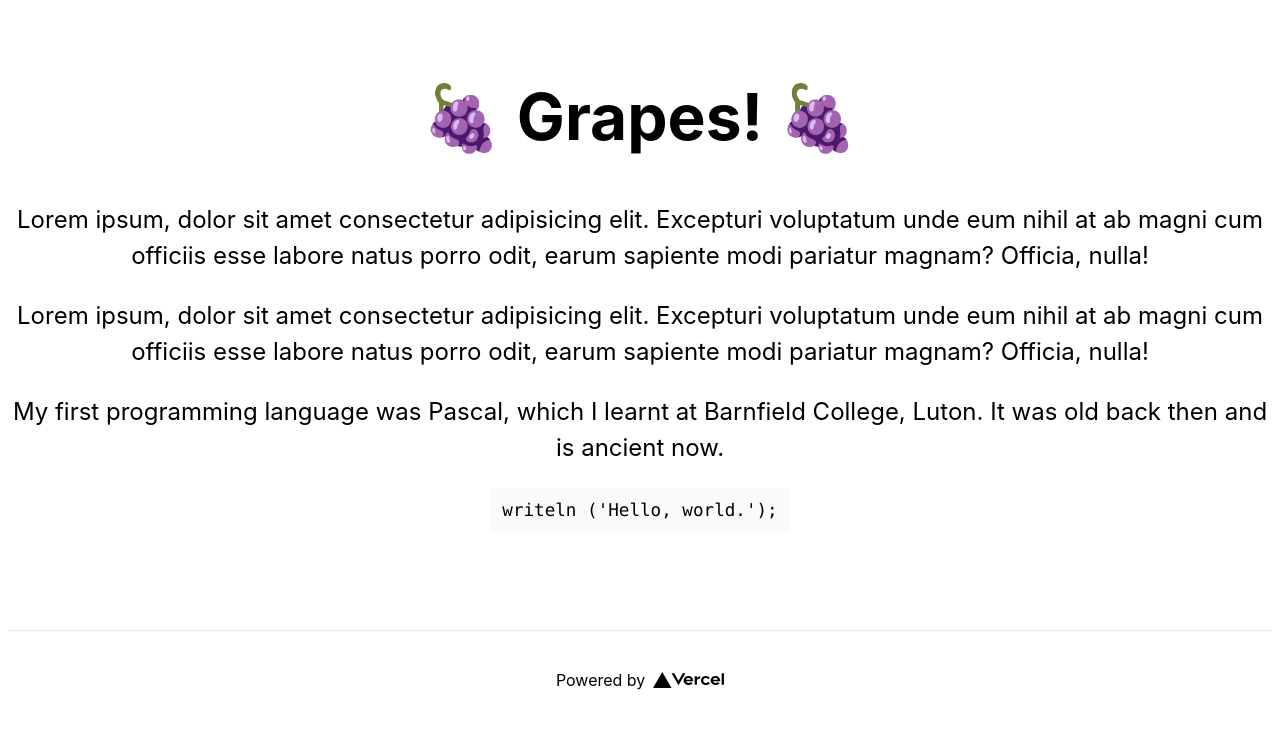
Repository: technogize/next-test-site
Page: /
These files come from the project's save history. The page is drawn as it stood at one moment and after the next save; the edit follows.
The browser window is 1280 px wide. The pictures show the whole page.
The project was rebuilt for these pictures with package versions that can differ from the ones it lists, and the page was loaded fresh each time. The framework's server and built-in components were replaced by stand-ins that run in the browser.

Above is the page before, as saved 2021-10-02 08:47:31.

### pages/index.js
import Head from 'next/head'
import styles from '../styles/Home.module.css'

export default function Home() {
  return (
    <div className={styles.container}>
      <Head>
        <title>Home 🍇 Mo's Next Site</title>
        <link rel="icon" href="/favicon.ico" />
      </Head>

      <main className={styles.main}>
        <h1 className={styles.title}>
          🍇 Grapes! 🍇
        </h1>

        <p className={styles.description}>
          <p>Lorem ipsum, dolor sit amet consectetur adipisicing elit. Excepturi voluptatum unde eum nihil at ab magni cum officiis esse labore natus porro odit, earum sapiente modi pariatur magnam? Officia, nulla!</p>
          <p>Lorem ipsum, dolor sit amet consectetur adipisicing elit. Excepturi voluptatum unde eum nihil at ab magni cum officiis esse labore natus porro odit, earum sapiente modi pariatur magnam? Officia, nulla!</p>
          <p>My first programming language was Pascal, which I learnt at Barnfield College, Luton. It was old back then and is ancient now.</p>
          <code className={styles.code}>
            writeln ('Hello, world.');
          </code>
        </p>

      </main>

      <footer className={styles.footer}>
        <a
          href="https://vercel.com?utm_source=create-next-app&utm_medium=default-template&utm_campaign=create-next-app"
          target="_blank"
          rel="noopener noreferrer"
        >
          Powered by{' '}
          <img src="/vercel.svg" alt="Vercel Logo" className={styles.logo} />
        </a>
      </footer>
    </div>
  )
}

Loaded but not shown: pages/_app.js (common file); styles/globals.css (common file); styles/Home.module.css (common file)

After the next save:
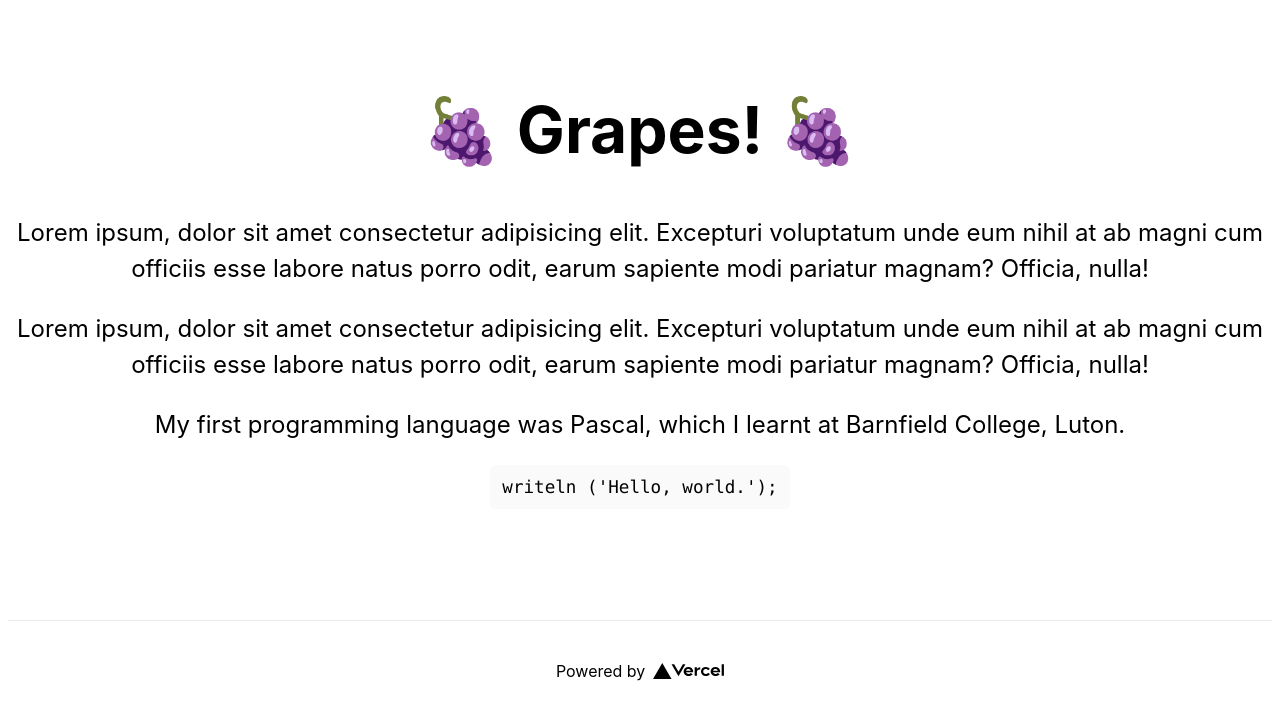
Saved 47 s later.
--- a/pages/index.js
+++ b/pages/index.js
@@ -17,7 +17,7 @@ export default function Home() {
         <p className={styles.description}>
           <p>Lorem ipsum, dolor sit amet consectetur adipisicing elit. Excepturi voluptatum unde eum nihil at ab magni cum officiis esse labore natus porro odit, earum sapiente modi pariatur magnam? Officia, nulla!</p>
           <p>Lorem ipsum, dolor sit amet consectetur adipisicing elit. Excepturi voluptatum unde eum nihil at ab magni cum officiis esse labore natus porro odit, earum sapiente modi pariatur magnam? Officia, nulla!</p>
-          <p>My first programming language was Pascal, which I learnt at Barnfield College, Luton. It was old back then and is ancient now.</p>
+          <p>My first programming language was Pascal, which I learnt at Barnfield College, Luton.</p>
           <code className={styles.code}>
             writeln ('Hello, world.');
           </code>
